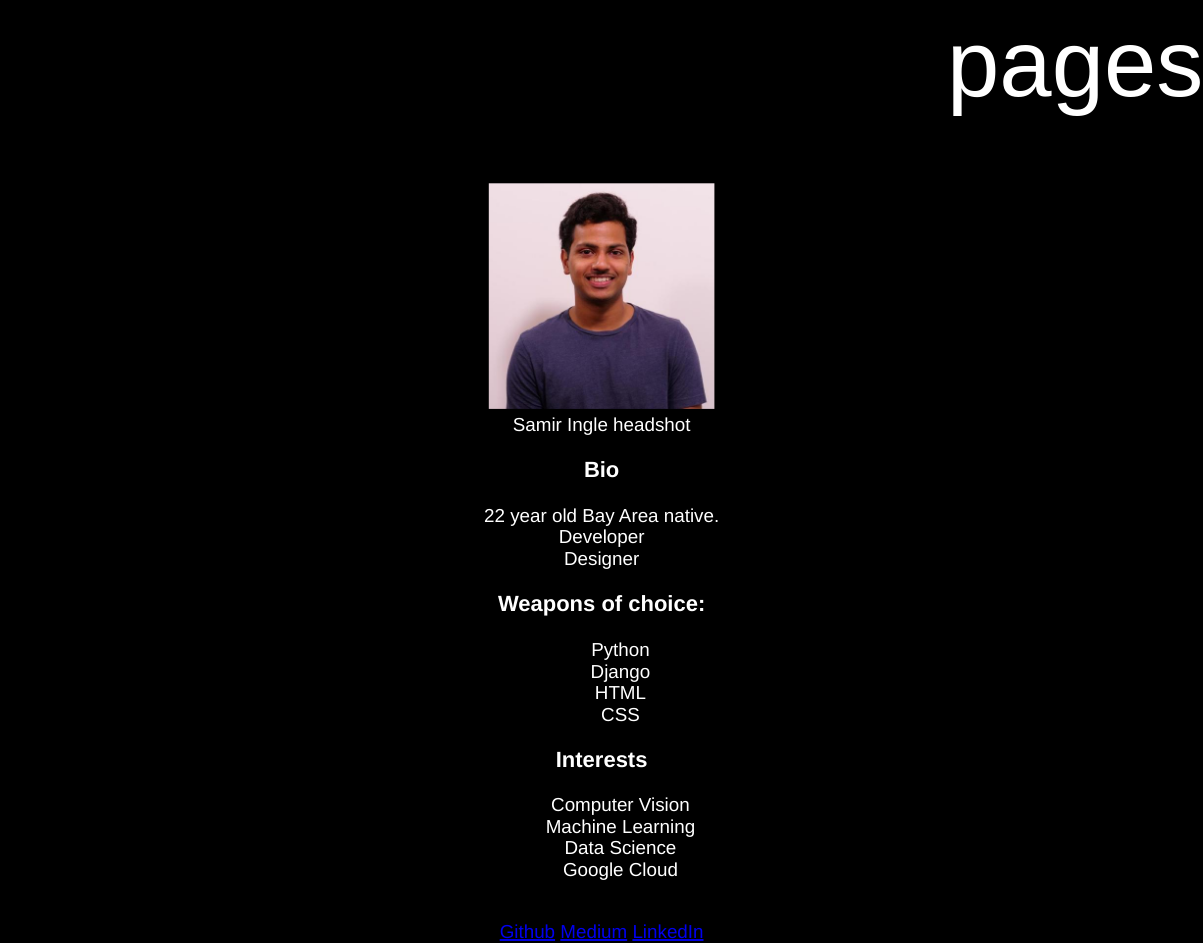
Repository: SamirIngley/html-semantic
Page: templates/about.html
The author's editor kept a copy of each file at every save. The page is drawn from the files as they stood at one save, then again after the next save.
The browser window is 1280 px wide. The pictures show the whole page, at 94% of full size.

Above is the page before, as saved 2020-02-05 21:44:51.

After the next save:
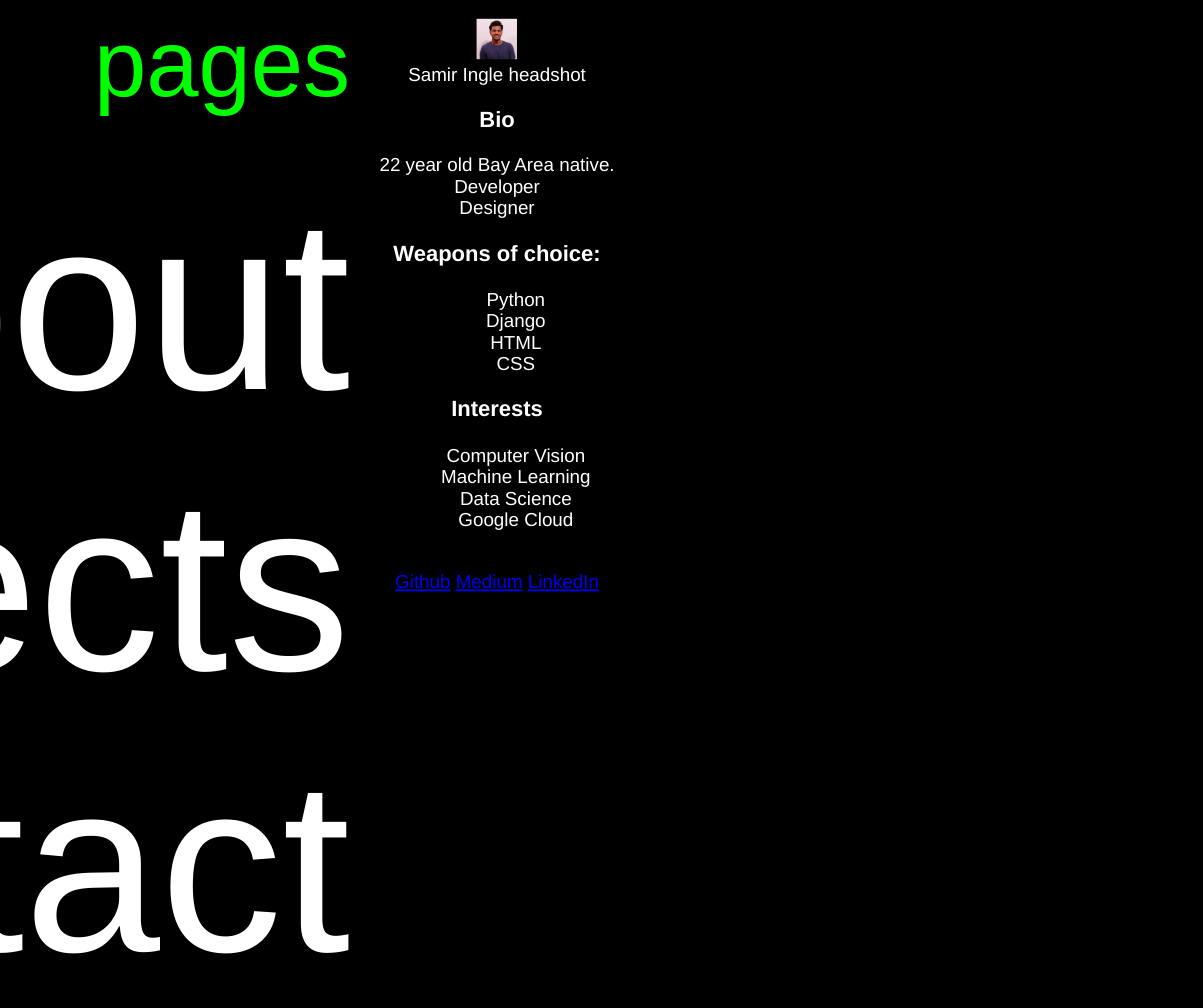
Saved 56 s later.
--- a/templates/about.html
+++ b/templates/about.html
@@ -1,6 +1,6 @@
 <!DOCTYPE html>
 <html lang="en">
-<wrapper>
+<div class="wrapper">
 <head>
     <meta charset="UTF-8">
     <meta name="viewport" content="width=device-width, initial-scale=1.0">
